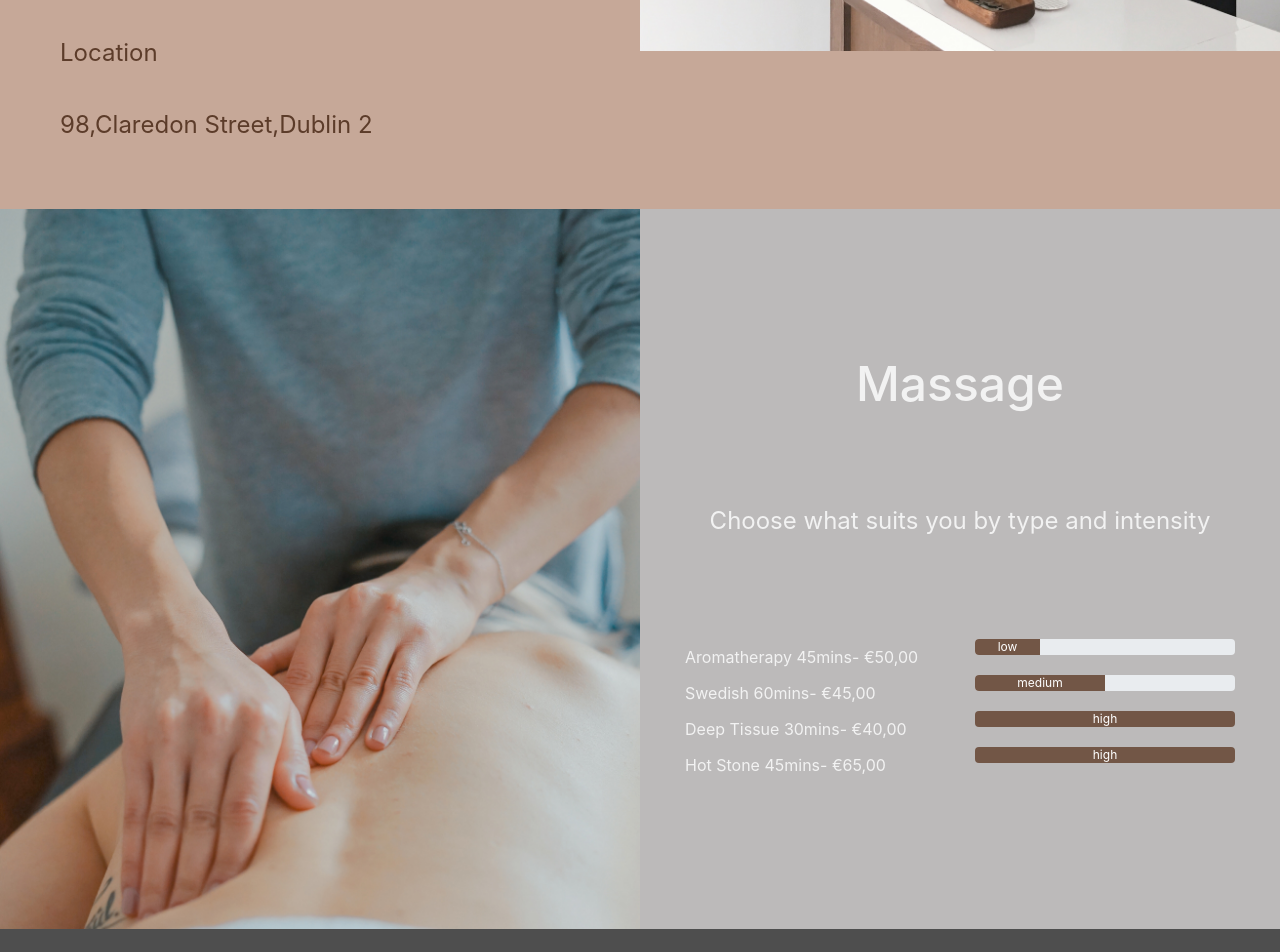
Repository: Code-Institute-Submissions/spa-website
Page: index.html
The author's editor kept a record of every edit. The page is drawn from the files as they stood at one moment, then again after the next edit.
The browser window is 1280 px wide. The pictures show the part of the page from y = 1445 to 2397 px (the page is 5542 px tall before and 5725 px after).
Pictures or frames that could not be fetched are drawn as grey boxes. An inner scrolling area shows only its first screen. Some web libraries are served in a nearby version.

Above is the page before.

### index.html
<!DOCTYPE html>
<html lang="en">

<head>
  <meta charset="UTF-8">
  <meta name="viewport" content="width=device-width, initial-scale=1.0">
  <meta http-equiv="X-UA-Compatible" content="ie=edge">
  <link rel="stylesheet" href="./libraries/bootstrap.min.css" type="text/css" />
  <link rel="stylesheet" href="https://use.fontawesome.com/releases/v5.1.1/css/all.css" integrity="sha384-O8whS3fhG2OnA5Kas0Y9l3cfpmYjapjI0E4theH4iuMD+pLhbf6JI0jIMfYcK3yZ" crossorigin="anonymous">
  <link href="https://fonts.googleapis.com/css?family=Nobile" rel="stylesheet">
  <link rel="stylesheet" href="assets/css/style.css" type="text/css" />
  <title>Spa Website</title>
</head>

<body>


  <!-----------------------------Navigation Section------------------------------>

  <nav class="navbar navbar-expand-lg navbar-light fixed-top">
    <div class="container">
      <div>
        <ul class="navbar-nav ml-auto toptitle">
          <li class="nav-item">
            <a class="navbar-brand" href="#">Unwind</a>
          </li>
        </ul>
      </div>
      <button class="navbar-toggler" type="button" data-toggle="collapse" data-target="#navbarSupportedContent" aria-controls="navbarSupportedContent" aria-expanded="false" aria-label="Toggle navigation">
            <span class="navbar-toggler-icon"></span>
        </button>

      <div class="collapse navbar-collapse" id="navbarcontent">
        <ul class="navbar-nav ml-auto">
          <li class="nav-item active">
            <a class="nav-link" href="#">Home
                        <span class="sr-only">(current)</span>
                    </a>
          </li>
          <li class="nav-item">
            <a class="nav-link" href="#about">About</a>
          </li>
          <li class="nav-item">
            <a class="nav-link" href="#massage">Massage</a>
          </li>
          <li class="nav-item">
            <a class="nav-link" href="#bathing">Bathing</a>
          </li>
          <li class="nav-item">
            <a class="nav-link" href="#offer">Offer</a>
          </li>
        </ul>
      </div>
    </div>
  </nav>

  <!---------------------------------Landing Page-------------------------------->

  <div class="home-area">
    <div class="home-text">
      <h1 id="titlepg">Take time for yourself.</h1>
    </div>
    <button type="button" class="btn-btn-primary btn-lg" id="buttonpg">Book Now</button>
  </div>


  <!----------------------------------About us---------------------------------->

  <section id="about-us" class="about-us">
    <div class="row no-gutters">
      <div class="col-12 col-md-6 d-flex align-items-center order-1 order-md-0">
        <div class="about">
          <h1 class="important">About us</h1>
          <div class="description">
            <p>Our Amazing Spa is on the Market for 13 years, located in the heart of Dublin City Center for easy access.</p>
            <p>We're always updating ourselves to provide the best treatments available for you to have your deserved time to relax!</p>
            <div class="details">
              <p>Opening Times</p>
              <p>Mon-Sat 9am-8pm</p>
              <p>Location</p>
              <p>98,Claredon Street,Dublin 2</p>
            </div>
          </div>
        </div>
      </div>
      <div class="col-12 col-md-6 order-0 order-md-1">
        <div class="vh-100 cover" id="about"></div>
      </div>
    </div>

  </section>




  <!------------------------------------Massage---------------------------------->

  <section id="massage" class="massage">
    <div class="row no-gutters">
      <div class="col-12 col-md-6 order-2">
        <div class="vh-100 cover"></div>
      </div>
      <div class="col-12 col-md-6 d-flex align-items-center order-3">
        <div id="masstop">
          <h1 class="titlemass">Massage</h1>
          <div id="secondline">
            <p>Choose what suits you by type and intensity</p>
          </div>
          <div class="container">
            <div class="row">
              <div class="col-12 col-md-6">
                Aromatherapy 45mins- €50,00
              </div>
              <div class="col-12 col-md-6">
                <div class="progress">
                  <div class="progress-bar" role="progressbar" style="width: 25%" aria-valuenow="10" aria-valuemin="0" aria-valuemax="100">low</div>
                </div>
              </div>
            </div>

            <div class="row">
              <div class="col-12 col-md-6">
                Swedish 60mins- €45,00
              </div>
              <div class="col-12 col-md-6">
                <div class="progress">
                  <div class="progress-bar" role="progressbar" style="width: 50%" aria-valuenow="10" aria-valuemin="0" aria-valuemax="100">medium</div>
                </div>
              </div>
            </div>


            <div class="row">
              <div class="col-12 col-md-6">
                Deep Tissue 30mins- €40,00
              </div>
              <div class="col-12 col-md-6">
                <div class="progress">
                  <div class="progress-bar" role="progressbar" style="width: 100%" aria-valuenow="10" aria-valuemin="0" aria-valuemax="100">high</div>
                </div>
              </div>
            </div>

            <div class="row">
              <div class="col-12 col-md-6">
                Hot Stone 45mins- €65,00
              </div>
              <div class="col-12 col-md-6">
                <div class="progress">
                  <div class="progress-bar" role="progressbar" style="width: 100%" aria-valuenow="10" aria-valuemin="0" aria-valuemax="100">high</div>
                </div>
              </div>
            </div>
          </div>
        </div>
      </div>
    </div>

  </section>



  <!--------------------------------------Bathing------------------------------->

  <section id="bathing" class="bathing">
    <div id="hero-bath">
      <div id="hero-overlay-bath">
        <div class="col-md-12">
          <h1 class="titlebath">Deluxe Bathing Room</h1>
          <div id="textbath">
            <i class="fal fa-user-friends"></i>
            <p class="couple">1 hour bath for a couple- €60,00</p>
            <i class="far fa-user-alt"></i>
            <p class="single">1 hour bath for one person- €45,00</p>
          </div>
          <p class="bottom"> Need extra time? 50% off on the next hour</p>
        </div>
      </div>
    </div>
  </section>




  <!--------------------------------------Offer---------------------------------->
  <section id="offer" class="offer">
    <div id="hero-offer">
      <div class="container">
        <h1 id="top">Do you think it can get any better?</h1>
        <h2 id="secondtop">Check this out!</h2>
        <div class="row" id="roundpics">
          <div class="col-sm-4">
            <img src="images/massagepic.jpg" class="rounded-circle" alt="massage" width="280" height="280">
          </div>
          <div class="col-sm-4">
            <p id="signplus">+</p>
          </div>
          <div class="col-sm-4">
            <img src="./images/bath.jpg" class="rounded-circle" alt="massage" width="280" height="280">
          </div>
        </div>
        <p id="bottom">Buy any massage plus 1 hour bath and get 25%off the total price</p>

      </div>
    </div>
  </section>

  <!--------------------------------------Form--------------->
  <section id="form" class="form">
    <div id="hero-cal">
      <div id="hero-overlay-cal">
        <h1 class="formt">Sign Up to book a day for you</h1>
        <form>
          <div class="form-group">
            <label for="InputName">Name</label>
            <input type="name" class="form-control" id="InputName" placeholder="Enter name">
          </div>
          <div class="form-group">
            <label for="InputEmail1">Email address</label>
            <input type="email" class="form-control" id="InputEmail1" aria-describedby="emailHelp" placeholder="Enter email">

          </div>
          <div class="form-group">
            <label for="InputPassword1">Password</label>
            <input type="password" class="form-control" id="InputPassword1" placeholder="Password">
          </div>
          <button type="submit" class="btn btn-primary btn-lg" id="buttonform">Sign Up</button>
        </form>
      </div>
    </div>
    </div>
  </section>




  <!------------Footer---------->
  <footer class="page-footer font-small cyan darken-3 ">
    <div class="container ">
      <div class="row" id="icons">
        <div class="col-md-12 py-5 ">
          <div class="mb-5 flex-center">
            <a class="fb-ic ">
            <i class="fab fa-facebook-f fa-lg white-text mr-md-5 mr-3 fa-2x "> </i>
          </a>
            <a class="tw-ic ">
            <i class="fab fa-twitter fa-lg white-text mr-md-5 mr-3 fa-2x "> </i>
          </a>
            <a class="ins-ic ">
            <i class="fab fa-instagram fa-lg white-text mr-md-5 mr-3 fa-2x "> </i>
          </a>
          </div>
        </div>
      </div>
    </div>
  </footer>
  <!-----------------------------------------end---------------------------->
  <script src="https://ajax.googleapis.com/ajax/libs/jquery/3.4.0/jquery.min.js "></script>
  <script type="text/javascript " src="./libraries/bootstrap.min.js "></script>

</body>

</html>

### assets/css/style.css
@import url('https://fonts.googleapis.com/css?family=Montserrat:400,700');

body {
  overflow-x: hidden;
  padding-top: 56px;
}

/*-----Navigation bar----*/

nav {
  color: #f1f1f1;
  background-color: #C6A898;
}

.navbar-brand {
  height: 2rem;
  color: #f2f2f2;
  font-family: inherit;
  font-size: 32px;
  padding-bottom: 30px;
}

.toptitle {
  list-style: none;
}



/*------Landing Page----*/

.home-area {
  background-attachment: fixed;
  background: url('../../images/landing.jpg');
  background-position: center center;
  -webkit-background-size: cover;
  background-size: cover;
  height: 100vh;
  overflow-x: hidden;
}

.home-text {
  margin: 0 auto;
  text-align: center;
}

#titlepg {

  margin-top: 45%;
  font-size: 84px;
  color: #C6A898;
  text-shadow: 1px 1px 2px black;

}



#buttonpg {
  background-color: #f2f2f2;
  color: #5C3C2A;
  border-color: #f2f2f2;
  font-weight: bold;
  margin-top: 40%;
  margin-left: 30%;

}

@media only screen and (min-width: 768px) {
  #home-text {
    padding: 20px;
    margin-top: 30%;
  }

  #buttonpg {
    margin-left: 35%;
    margin-right: 30%;
    margin-top: 50%;
    width: 8em;
    height: 3em;
    font-size: 36px;

  }


  /*--------------About Us----------*/
  .about-us {
    background-color: #C6A898;
    margin: 0px;


  }

  .about {
    margin: 30px;
  }

  .important {
    padding: 30px 30px 20px;
    text-align: center;
    color: #5C3C2A;
    font-size: 48px;
    line-height: 44px;
  }

  .description p {
    padding: 0px 30px 20px;
    text-align: left;
    font-size: 24px;
    color: #5C3C2A;
    line-height: 24px;

  }

  .details {

    bottom: 0;
    padding-top: 10%;
    font-size: 1rem;

  }

  .details p {
    text-align: left;
    color: #5C3C2A;

  }

  #about {
    background-image: url(' ../../images/aboutus.jpg');
    background-size: cover;
    background-repeat: no-repeat;
    position: relative;
    padding: 30px;
  }

  @media only screen and (min-width: 768px) {
    .important {
    margin-bottom: 90px;
  }


    .description p {
      line-height: 36px;

    }


    /*------------------Massage---------------*/
    #massage {
      background-color: #BCBABA;
      color: #f2f2f2;
      margin: 0px;
    }

    #masstop {
      margin: 30px;
    }

    .titlemass {
      font-size: 48px;
      color: #f2f2f2;
      text-align: center;
    }

    #secondline {
      font-size: 20px;
      color: #f2f2f2;
      text-align: center;
    }

    .containerlist {
      width: 100%;
      height: 100%;
      font-size: 24px;
      line-height: 70px;
    }

    .progress-bar {
      background-color: #725646;

    }

    tbody {
      font-weight: normal;
      font-size: 36px;
      color: #f2f2f2;
    }

    thead {
      font-size: 36px;
      color: #f2f2f2;
    }

    .cover {
      background-image: url('../../images/massagepic.jpg');
      background-size: cover;
      background-repeat: no-repeat;
      position: relative;
      padding: 30px;
    }

    @media only screen and (min-width: 768px) {

      #masstop {
        width: 100%;
      }

      .container {
        line-height: 36px;
        width: 100%;
      }

      .titlemass {
        font-size: 48px;

        text-align: center;
        margin-bottom: 90px;
      }

      #secondline {
        font-size: 24px;
        margin-bottom: 100px;
      }

      /*------------Bathing---------*/
      bathing {
        margin: 0px;
      }

      #hero-bath {
        background-image: url('../../images/bath.jpg');
        background-size: cover;
        background-position: center center;
        position: relative;
        top: 0;
        bottom: 0;
        height: 100vh;
        z-index: -10;
      }

      #hero-overlay-bath {
        position: absolute;
        background-color: rgba(0, 0, 0, 0.5);
        top: 0px;
        bottom: 0px;
        height: 100%;
        width: 100%;
        z-index: -5;
      }

      .titlebath {
        font-size: 48px;
        text-align: center;
        color: #f2f2f2;
        margin-top: 70px;
      }

      .couple {
        color: #f2f2f2;
        font-size: 30px;
      }

      .single {
        color: #f2f2f2;
        font-size: 30px;
      }

      .bottom {
        color: #f2f2f2;
        font-size: 24px;
        padding-top: 100px;

      }

      @media only screen and (min-width: 768px) {
        .titlebath {
          margin-top: 200px;
        }

        #textbath {
          padding: 200px 100px 200px;
        }

        .bottom {
          padding: 250px;
          font-size: 24px;
        }
      }

      /*-----------Offer----------*/
      offer {
        margin: 0px;
      }

      #top {
        font-size: 40px;
        color: #5C3C2A;
        text-align: center;
        padding-top: 15%;


      }

      #secondtop {
        font-size: 40px;
        color: #B7927E;
        text-align: center;
      }

      #bottom {
        font-size: 24px;
        color: #5C3C2A;
        text-align: center;
        font-weight: bold;
        padding-top: 25%;
      }

      #signplus {
        text-align: center;
        font-weight: bold;
        font-size: 40px;
        padding-top: 40%;
      }


      #hero-offer {
        background-image: url('../../images/backgroundflwr.jpg');
        background-size: cover;
        background-position: center center;
        position: relative;
        top: 0;
        bottom: 0;
        height: 100vh;
        z-index: -10;
      }

      .row {
        display: flex;
      }

      .column {
        flex: 50%;
        padding: 5px;
      }

      @media only screen and (min-width: 768px) {
        #top {
          padding-top: 200px;
        }

        #roundpics {
          padding-top: 200px;
          padding-left: 50px;
          padding-right: 50px;
        }

         #secondtop {
        font-size: 40px;
       margin-top: 30px;
      }
      }


      /*----------Form----------*/
      form {
        margin: 0px;
      }

      #hero-cal {
        background-image: url('../../images/calendar.jpg');
        background-size: cover;
        background-position: center center;
        position: relative;
        top: 0;
        bottom: 0;
        height: 100vh;
        z-index: -10;
      }

      #hero-overlay-cal {
        position: absolute;
        background-color: rgba(0, 0, 0, 0.5);
        top: 0px;
        bottom: 0px;
        height: 100%;
        width: 100%;
        z-index: -5;
      }

      form {
        padding: 15%;

      }


      .formt {
        color: #f2f2f2;
        font-size: 48px;
        padding-top: 15%;
        text-align: center;
      }

      .form-group {
        color: #f2f2f2;
        font-size: 30px;
        text-align: left;
        margin-top: 30px;

      }

      #buttonform {
        background-color: #f2f2f2;
        color: #5C3C2A;
        border-color: #f2f2f2;
        margin-top: 10%;
        margin-left: 30%;
      }

      @media only screen and (min-width: 768px) {

        #buttonform {
          margin-left: 30%;
          margin-right: 30%;
          margin-bottom: 50%;
          margin-top: 20%;
          width: 6em;
          height: 2em;
          font-size: 36px;
          font-weight: bold;

        }

        .formt {
          padding-top: 200px;

        }
      }

      /*--------Footer------*/
      #icons {

        color: #f1f1f1;
        background-color: #C6A898;
        position: center center;
      }

Loaded but not shown: libraries/bootstrap.min.css (library); libraries/bootstrap.min.js (library)

After the next edit:
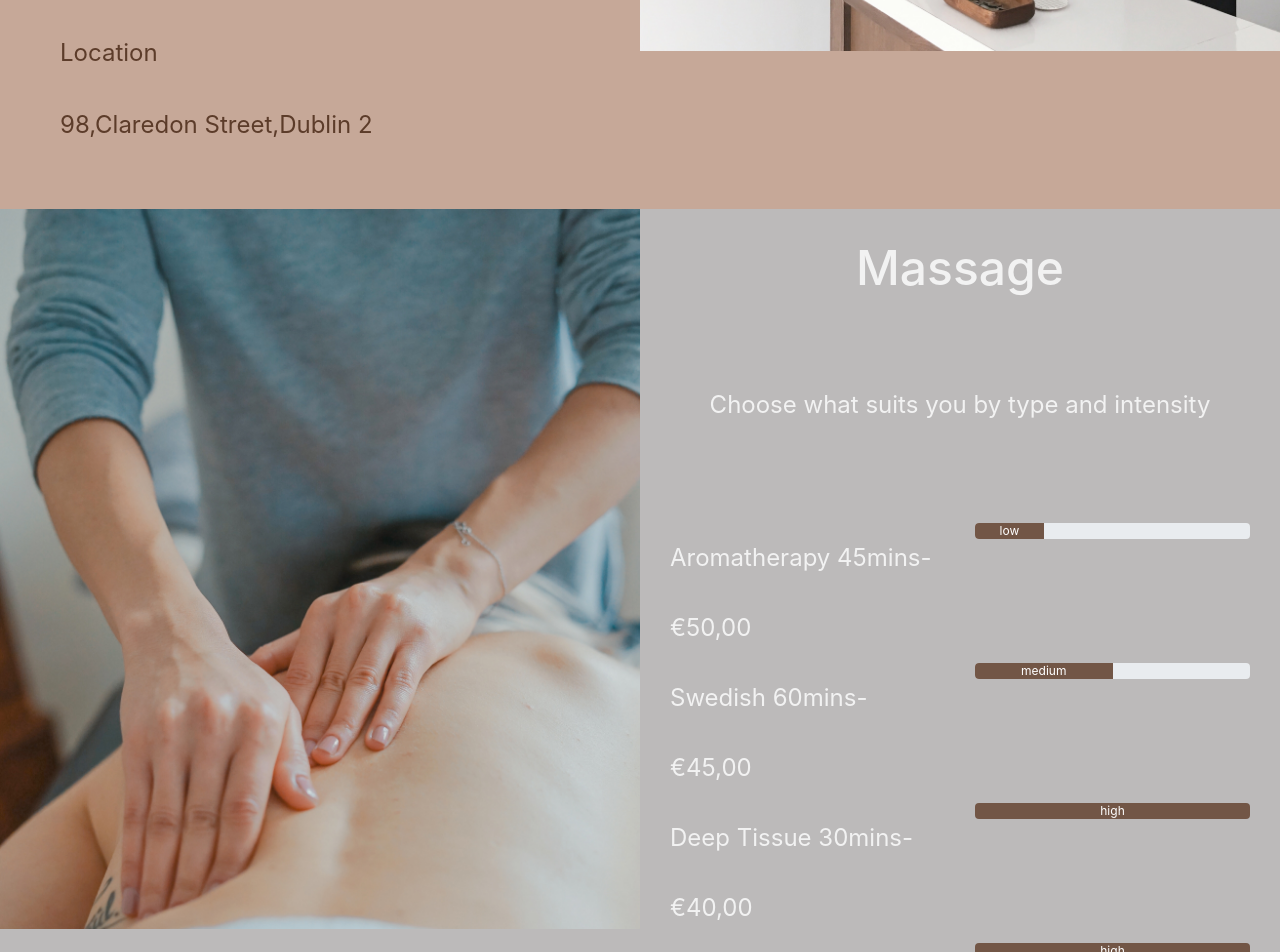
The edit:
--- a/index.html
+++ b/index.html
@@ -106,7 +106,7 @@
           <div id="secondline">
             <p>Choose what suits you by type and intensity</p>
           </div>
-          <div class="container">
+          <div class="containerlist">
             <div class="row">
               <div class="col-12 col-md-6">
                 Aromatherapy 45mins- €50,00
